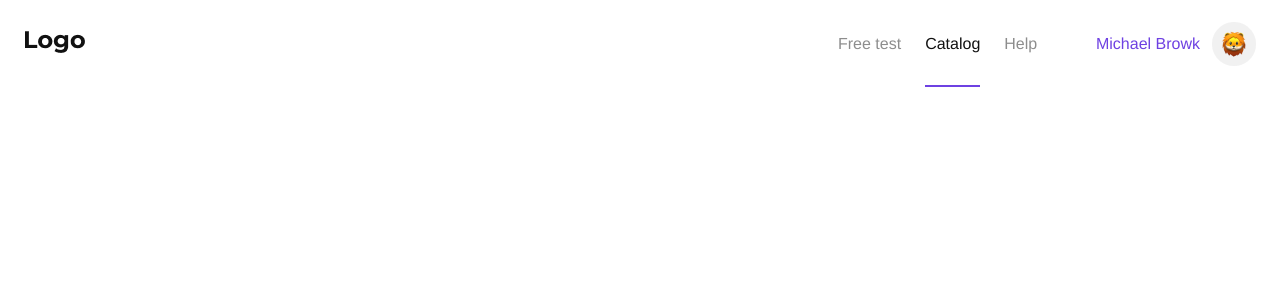
Repository: skydevil1604/vue-test-app
Page: /#/main-page
The author's editor kept a copy of each file at every save. The page is drawn from the files as they stood at one save, then again after the next save.
The browser window is 1280 px wide. The pictures show the whole page.
The project was rebuilt for these pictures with package versions that can differ from the ones it lists, and the page was loaded fresh each time. Also part of the build but not shown: src/components/Tabs.vue, src/components/Tab.vue, src/components/Login.vue, src/components/Registration.vue, src/components/AuthenticationForm.vue.

Above is the page before, as saved 2020-04-06 19:56:08.

### public/index.html
<!DOCTYPE html>
<html lang="en">
  <head>
    <meta charset="utf-8">
    <meta http-equiv="X-UA-Compatible" content="IE=edge">
    <meta name="viewport" content="width=device-width,initial-scale=1.0">
    <link rel="icon" href="<%= BASE_URL %>favicon.ico">
    <link rel="stylesheet" href="../src/assets/normalize.css">
    <title><%= htmlWebpackPlugin.options.title %></title>
  </head>
  <body style="margin:0 auto;">
    <noscript>
      <strong>We're sorry but <%= htmlWebpackPlugin.options.title %> doesn't work properly without JavaScript enabled. Please enable it to continue.</strong>
    </noscript>
    <div id="app"></div>
    <!-- built files will be auto injected -->
  </body>
</html>

### src/main.js
import Vue from 'vue'
import App from './App.vue'
import VueRouter from 'vue-router'
import router from './router';

Vue.config.productionTip = false;
Vue.use(VueRouter)

new Vue({
  render: h => h(App),
  router
}).$mount('#app');

### src/App.vue
<template>
  <div id="app">
    <router-view>
      <AuthenticationForm />
    </router-view>
  </div>
</template>

<script>
import AuthenticationForm from './components/AuthenticationForm';

export default {
  name: 'App',
  components: {
    AuthenticationForm
  }
}
</script>

<style>
#app {
  font-family: Avenir, Helvetica, Arial, sans-serif;
  -webkit-font-smoothing: antialiased;
  -moz-osx-font-smoothing: grayscale;
  text-align: center;
  display: flex;
  height: 100vh;
}
</style>

### src/router/index.js
import Vue                        from 'vue';
import VueRouter                     from 'vue-router';
import MainPageComponent          from '@/components/MainPage';
import AuthenticationForm         from '@/components/AuthenticationForm';

Vue.use(VueRouter);

const router = new VueRouter({
    routes: [

      {
        path: '/main-page',
        name: 'mainPage',
        component: MainPageComponent,
      },
      {
        path: '/',
        name: 'authenticationForm',
        component: AuthenticationForm,
      },
    ]
  });

export default router;

### src/components/MainPage.vue
<template>
    <section class="main-page">
        <header class="header">
            <a class="logo" href="#">
                <img src="../assets/logo.png" alt="logo">
            </a>
            <nav class="navigation">
                <ul class="navigation__list">
                    <li class="navigation__item">
                        <a class="navigation__link" href="#">Free test</a>
                    </li>
                    <li class="navigation__item">
                        <a class="navigation__link navigation__link--active" href="#">Catalog</a>
                    </li>
                    <li class="navigation__item">
                        <a class="navigation__link" href="#">Help</a>
                    </li>
                </ul>
                <div class="navigation__profile">
                    <span class="navigation__user-name">Michael Browk</span>
                    <img class="navigation__user-photo" src="../assets/Lion.png" alt="">
                </div>
            </nav>
        </header>
    </section>
</template>

<script>

export default {
    name: 'MainPageComponent',
}
</script>

<style lang="scss">
    .main-page {
        max-width: 1366px;
        width: 100%;
        margin: 0 auto;
    }

    .header {
        padding-top: 22px;
        padding-bottom: 22px;
        padding-left: 24px;
        padding-right: 24px;
        display: flex;
        justify-content: space-between;
        align-items: center;
    }

    .navigation {
        display: flex;
        align-items: center;
        width: 418px;
        justify-content: space-between;

            &__list {
                list-style: none;
                display: flex;
                padding: 0;
                margin: 0;

                  &:last-child {
                    margin-right: 0;
                }
            }

            &__item {
                margin-right: 24px;
                font-size: 16px;
                color: rgba(17, 17, 17, 0.48);

                    &:hover {
                        color: #111111;
                    }
            }

            &__link {
                text-decoration: none;
                font-style: normal;
                font-weight: normal;
                font-size: inherit;
                color: inherit;
                line-height: 24px;
                padding-bottom: 35px;
                    &--active {
                        border-top-width: 6px;
                        color: #111111;
                        box-shadow: inset 0px -2px 0px #6E41E2;
                    }
            }

            &__profile {
                display: flex;
                align-items: center;
                justify-content: space-between;
            }

            &__user-name {
                font-style: normal;
                font-weight: normal;
                font-size: 16px;
                line-height: 24px;
                color: #6E41E2;
                margin-right: 12px;
            }
    }
</style>

Loaded but not shown: src/assets/normalize.css (library)

After the next save:
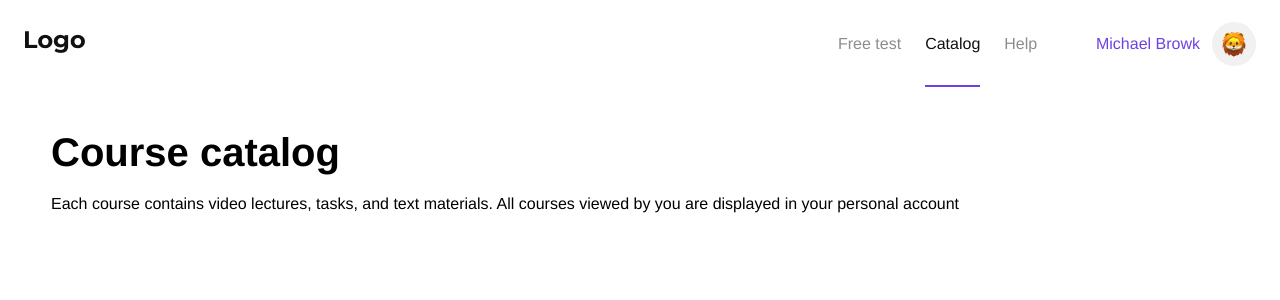
Saved 8 min 18 s later.
--- a/src/components/MainPage.vue
+++ b/src/components/MainPage.vue
@@ -1,5 +1,5 @@
 <template>
-    <section class="main-page">
+    <div class="main-page">
         <header class="header">
             <a class="logo" href="#">
                 <img src="../assets/logo.png" alt="logo">
@@ -22,7 +22,14 @@
                 </div>
             </nav>
         </header>
-    </section>
+
+        <section class="info">
+            <h1 class="info__heading">Course catalog</h1>
+            <p class="info__description">
+                Each course contains video lectures, tasks, and text materials. All courses viewed by you are displayed in your personal account
+            </p>
+        </section>
+    </div>
 </template>
 
 <script>
@@ -106,4 +113,26 @@ export default {
                 margin-right: 12px;
             }
     }
+
+    .info {
+        text-align: left;
+        padding-top: 40px;
+        padding-left: 51px;
+        padding-bottom: 32px;
+
+            &__heading {
+                font-style: normal;
+                font-weight: bold;
+                font-size: 40px;
+                line-height: 48px;
+                margin:0;
+            }
+
+            &__description {
+                font-style: normal;
+                font-weight: normal;
+                font-size: 16px;
+                line-height: 24px;
+            }
+    }
 </style>
